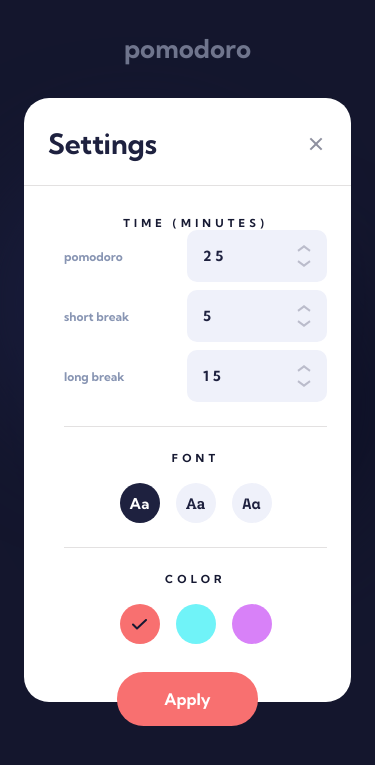
Repository: blordeus/pomodoro-app
Page: /, after clicking the first element matching `button.settings-trigger`
The author's editor kept a copy of each file at every save. The page is drawn from the files as they stood at one save, then again after the next save.
The browser window is 375 px wide. The pictures show the whole page.
The project was rebuilt for these pictures with package versions that can differ from the ones it lists, and the page was loaded fresh each time.

Above is the page before, as saved 2026-05-09 18:38:45.

After the next save:
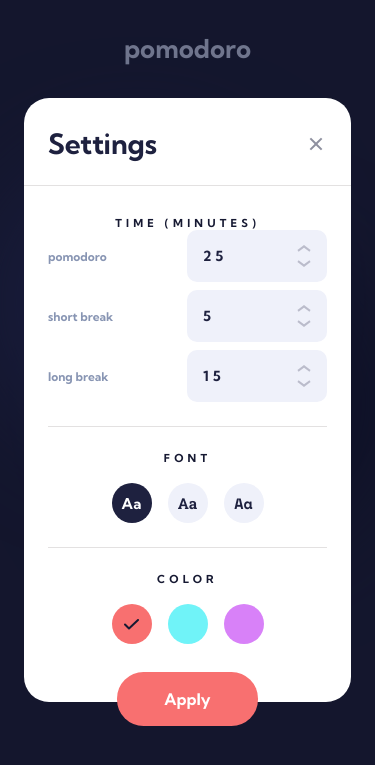
Saved 8 s later.
--- a/src/index.css
+++ b/src/index.css
@@ -482,7 +482,7 @@ button {
   }
 
   .modal__body {
-    padding: 6px 24px 24px 40px;
+    padding: 6px 24px 24px 24px;
 
   }
 
